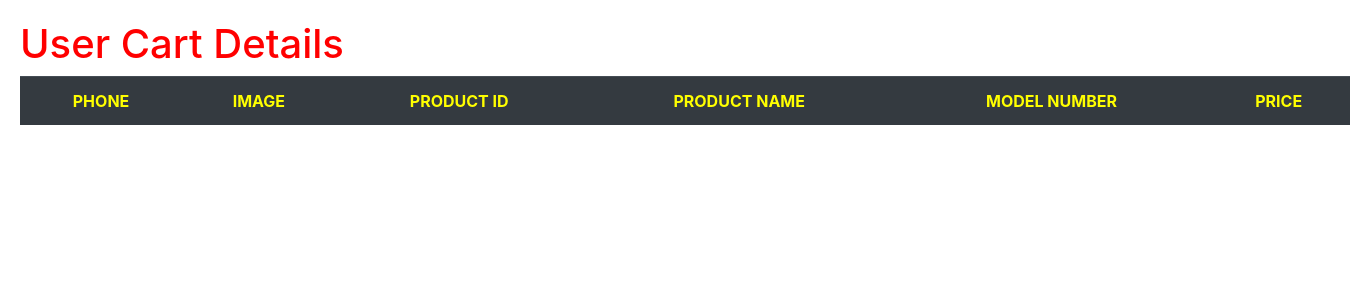
Repository: piyushj81/ComputerShop
Page: http://localhost/computershop/userCartdetailscontroller
An editor plug-in stored every save of this project. The page is shown before and after the next save, followed by the edit.
The browser window is 1280 px wide. The page is 1350 px wide, so the pictures cover 1350 px, including what lies to the right of the window. The pictures show the whole page.
The page is served by Tomcat 9. Other server files are loaded and not shown. Queries for data that is not in the repository find no rows.

Above is the page before, as saved 2021-10-15 10:01:47.

### computershop/WebContent/usercart.jsp
<%@page import="com.shop.dto.Cart"%>
<%@page import="com.shop.dto.Customer"%>
<%@page import="java.sql.ResultSet"%>
<%@page import="java.sql.PreparedStatement"%>
<%@page import="java.sql.Connection"%>
<%@page import="java.sql.DriverManager"%>
<%@page import="java.util.HashMap"%>
<%@page import="java.util.ArrayList"%>
<%@page import="com.shop.dto.Customer"%>
<%@ page language="java" contentType="text/html; charset=ISO-8859-1"
    pageEncoding="ISO-8859-1"%>
<!DOCTYPE html>
<html>
<head>
<meta charset="ISO-8859-1">
<title>user cart details</title>
<link rel="stylesheet" href="computershop.css">
<link rel="stylesheet"
	href="https://cdnjs.cloudflare.com/ajax/libs/font-awesome/4.7.0/css/font-awesome.min.css">
<link rel="stylesheet"
	href="https://cdn.jsdelivr.net/npm/bootstrap@4.5.3/dist/css/bootstrap.min.css"
	integrity="sha384-TX8t27EcRE3e/ihU7zmQxVncDAy5uIKz4rEkgIXeMed4M0jlfIDPvg6uqKI2xXr2"
	crossorigin="anonymous">
<script src="https://code.jquery.com/jquery-3.5.1.slim.min.js"
	integrity="sha384-DfXdz2htPH0lsSSs5nCTpuj/zy4C+OGpamoFVy38MVBnE+IbbVYUew+OrCXaRkfj"
	crossorigin="anonymous"></script>
<script
	src="https://cdn.jsdelivr.net/npm/bootstrap@4.5.3/dist/js/bootstrap.bundle.min.js"
	integrity="sha384-ho+j7jyWK8fNQe+A12Hb8AhRq26LrZ/JpcUGGOn+Y7RsweNrtN/tE3MoK7ZeZDyx"
	crossorigin="anonymous"></script>

</head>
<body>
<h1 style="color:red;">User Cart Details </h1>

<%

Class.forName("com.mysql.jdbc.Driver");
Customer cst = null;
Connection con = DriverManager.getConnection("jdbc:mysql://localhost:3306/shop", "root", "root");
try {
	PreparedStatement ps = con.prepareStatement("Select * from customerlogin where username= ? ");
	ps.setString(1, (String) session.getAttribute("user"));

	ResultSet rs = ps.executeQuery();
	if (rs.next()) {
		cst = new Customer(rs.getString("username"), rs.getString("phone"), rs.getString("password"));
	}
} catch (Exception e) {
	e.printStackTrace();
}

ArrayList<Cart> list2 = (ArrayList<Cart>) request.getAttribute("list2");
						if(!(list2 == null) || !(list2.isEmpty())) {


					%>

				<table style="width:175%;text-align:center; color:yellow;"    class="table table-hover table-dark tablesm"   >
					<tr>
						<th>PHONE</th>
						<th>IMAGE</th>
						<th>PRODUCT ID</th>
						<th>PRODUCT NAME</th>
						<th>MODEL NUMBER</th>
						<th>PRICE</th>

					</tr>
					<%
					for (Cart ct : list2) {
					%>

					<tr>

						<td><%=ct.getPhone() %></td>
						<td> <img alt="" src="<%=ct.getPic()%>"style ="max-height:50%; max-width:70%"> </td>
						<td><%=ct.getId() %></td>
						<td><%=ct.getPname() %></td>
						<td><%=ct.getModel()%></td>
						<td><%=ct.getPrice()%></td>

				</tr>


					<%
					}
					%>


				</table>

				<%
			}else {
				out.println("LIST NOT AVAILAIBLE");

				}
				%>
		</body>
</html>

### computershop/src/com/computershop/controller/userCartdetailscontroller.java
package com.computershop.controller;

import java.io.IOException;
import java.util.ArrayList;

import javax.servlet.RequestDispatcher;
import javax.servlet.ServletException;
import javax.servlet.annotation.WebServlet;
import javax.servlet.http.HttpServlet;
import javax.servlet.http.HttpServletRequest;
import javax.servlet.http.HttpServletResponse;

import com.shop.dto.Cart;
import com.shop.modeldao.CustomerModel;


@WebServlet("/userCartdetailscontroller")
public class userCartdetailscontroller extends HttpServlet {
	private static final long serialVersionUID = 1L;
	protected void doGet(HttpServletRequest request, HttpServletResponse response) throws ServletException, IOException {

		CustomerModel model = new CustomerModel();
		ArrayList<Cart> list2 = model.showcartitemtoadmin();
		request.setAttribute("list2", list2);
		RequestDispatcher rd = request.getRequestDispatcher("usercart.jsp");
		rd.forward(request, response);

		}


	protected void doPost(HttpServletRequest request, HttpServletResponse response) throws ServletException, IOException {



	}

}

### computershop/src/com/shop/modeldao/CustomerModel.java
package com.shop.modeldao;

import java.sql.Connection;
import java.sql.DriverManager;
import java.sql.PreparedStatement;
import java.sql.ResultSet;
import java.util.ArrayList;

import com.shop.dto.Admin;
import com.shop.dto.Cart;
import com.shop.dto.Customer;
import com.shop.dto.Form;
import com.shop.dto.Product;
import com.shop.dto.Shop;

public class CustomerModel {
	public static Connection createConnection() {
		Connection con = null;

		try {

			Class.forName("com.mysql.jdbc.Driver");
			con = DriverManager.getConnection("jdbc:mysql://localhost:3306/shop", "root", "root");

		} catch (Exception e) {
			e.printStackTrace();

		}

		return con;

	}

	public int checkCustomerlogin(String user, String password) {
		Connection con = null;
		int i = 0;
		try {
			con = createConnection();
			PreparedStatement ps = con.prepareStatement("select * from customerlogin where username=? and password=?");
			ps.setString(1, user);
			ps.setString(2, password);
			ResultSet rs = ps.executeQuery();
			if (rs.next()) {
				i = 1;
			}
		} catch (Exception e) {
			e.printStackTrace();
		}
		return i;

	}

	public int admitCustomer(Customer cst) {
		int i = 0;
		Connection con = null;
		try {
			con = createConnection();
			PreparedStatement ps = con.prepareStatement("insert into customerlogin values(?, ?, ?)");
			ps.setString(1, cst.getPhone());
			ps.setString(2, cst.getName());
			ps.setString(3, cst.getPassword());
			i = ps.executeUpdate();

		} catch (Exception e) {
			e.printStackTrace();

		}

		return i;
	}

	public int checkadminlogin(String adminusername, String pwd) {
		int i = 0;
		Connection con = null;

		try {
			con = createConnection();
			PreparedStatement ps = con
					.prepareStatement("select * from adminlogin where adminusername=? and password=?");
			ps.setString(1, adminusername);
			ps.setString(2, pwd);
			ResultSet rs = ps.executeQuery();
			if (rs.next()) {
				i = 1;
			}
		} catch (Exception e) {
			e.printStackTrace();
		}

		return i;
	}

	public ArrayList<Product> getmouseDetails() {
		ArrayList<Product> list = new ArrayList<Product>();
		try {
			Connection con = createConnection();
			PreparedStatement ps = con.prepareStatement("select * from mouse");
			ResultSet rs = ps.executeQuery();
			while (rs.next()) {
				Product pt = new Product(rs.getString("id"), rs.getString("pname"), rs.getInt("model"),
						rs.getString("price"), rs.getString("pic"));
				list.add(pt);

			}

		} catch (Exception e) {
			e.printStackTrace();
		}

		return list;
	}

	public Product selectdatafrommouseincart(String id, String phone) {
		Product pt = null;
		Connection con = null;

		try {
			con = createConnection();

			PreparedStatement ps = con.prepareStatement("select * from mouse where id=?");
			ps.setString(1, id);

			ResultSet rs = ps.executeQuery();
			if (rs.next()) {
				pt = new Product(rs.getString("id"), rs.getString("pname"), rs.getInt("model"), rs.getString("price"),
						rs.getString("pic"));

			}
		} catch (Exception e) {
			e.printStackTrace();

		}
		return pt;
	}

	public int insertproductdata(Product pt, String id, String phone) {

		int i = 0;
		Connection con = null;
		try {
			con = createConnection();
			PreparedStatement ps = con.prepareStatement("insert into cart values(?,?,?,?,?,?)");
			ps.setString(1, phone);
			ps.setString(2, id);
			ps.setString(3, pt.getPname());
			ps.setInt(4, pt.getModel());
			ps.setString(5, pt.getPrice());
			ps.setString(6, pt.getPic());
			i = ps.executeUpdate();

		} catch (Exception e) {
			e.printStackTrace();

		}

		return i;
	}

	public ArrayList<Product> getusercartdetail(String phone) {
		Product pt = null;
		ArrayList<Product> list1 = new ArrayList<Product>();
		Connection con = null;
		try {
			con = createConnection();
			PreparedStatement ps = con.prepareStatement("select * from cart where phone=?");
			ps.setString(1, phone);
			ResultSet rs = ps.executeQuery();
			while (rs.next()) {

				pt = new Product(rs.getString("id"), rs.getString("pname"), rs.getInt("model"), rs.getString("price"),
						rs.getString("pic"));

				list1.add(pt);
			}

		} catch (Exception e) {
			e.printStackTrace();

		}
		return list1;
	}

	public int deleteitem(String id) {
		Connection con = null;
		int i = 0;
		try {
			con = createConnection();
			PreparedStatement ps = con.prepareStatement("delete  from cart where id=?");
			ps.setString(1, id);
			i = ps.executeUpdate();

		} catch (Exception e) {
			e.printStackTrace();
		}
		return i;
	}

	public ArrayList<Product> getusercartdetails(String phone) {
		Product pt = null;
		ArrayList<Product> list1 = new ArrayList<Product>();
		Connection con = null;
		try {
			con = createConnection();
			PreparedStatement ps = con.prepareStatement("select * from cart where phone=?");
			ps.setString(1, phone);
			ResultSet rs = ps.executeQuery();
			while (rs.next()) {

				pt = new Product(rs.getString("id"), rs.getString("pname"), rs.getInt("model"), rs.getString("price"),
						rs.getString("pic"));

				list1.add(pt);
			}

		} catch (Exception e) {
			e.printStackTrace();

		}
		return list1;
	}

	public ArrayList<Product> getmotherboardDetails() {
		ArrayList<Product> list = new ArrayList<Product>();
		try {
			Connection con = createConnection();
			PreparedStatement ps = con.prepareStatement("select * from motherboard");
			ResultSet rs = ps.executeQuery();
			while (rs.next()) {
				Product pt = new Product(rs.getString("id"), rs.getString("pname"), rs.getInt("model"),
						rs.getString("price"), rs.getString("pic"));
				list.add(pt);

			}

		} catch (Exception e) {
			e.printStackTrace();
		}

		return list;
	}

	public Product selectdatafrommotherboardincart(String id, String phone) {
		Product pt = null;
		Connection con = null;

		try {
			con = createConnection();

			PreparedStatement ps = con.prepareStatement("select * from motherboard where id=?");
			ps.setString(1, id);

			ResultSet rs = ps.executeQuery();
			if (rs.next()) {
				pt = new Product(rs.getString("id"), rs.getString("pname"), rs.getInt("model"), rs.getString("price"),
						rs.getString("pic"));

			}
		} catch (Exception e) {
			e.printStackTrace();

		}
		return pt;
	}

	public ArrayList<Product> getcpuDetails() {
		ArrayList<Product> list = new ArrayList<Product>();
		try {
			Connection con = createConnection();
			PreparedStatement ps = con.prepareStatement("select * from cpu");
			ResultSet rs = ps.executeQuery();
			while (rs.next()) {
				Product pt = new Product(rs.getString("id"), rs.getString("pname"), rs.getInt("model"),
						rs.getString("price"), rs.getString("pic"));
				list.add(pt);

			}

		} catch (Exception e) {
			e.printStackTrace();
		}

		return list;
	}

	public Product selectdatafromcpuincart(String id, String phone) {
		Product pt = null;
		Connection con = null;

		try {
			con = createConnection();

			PreparedStatement ps = con.prepareStatement("select * from cpu where id=?");
			ps.setString(1, id);

			ResultSet rs = ps.executeQuery();
			if (rs.next()) {
				pt = new Product(rs.getString("id"), rs.getString("pname"), rs.getInt("model"), rs.getString("price"),
						rs.getString("pic"));

			}
		} catch (Exception e) {
			e.printStackTrace();

		}
		return pt;
	}

	public ArrayList<Product> getmonitorDetails() {
		ArrayList<Product> list = new ArrayList<Product>();
		try {
			Connection con = createConnection();
			PreparedStatement ps = con.prepareStatement("select * from monitor");
			ResultSet rs = ps.executeQuery();
			while (rs.next()) {
				Product pt = new Product(rs.getString("id"), rs.getString("pname"), rs.getInt("model"),
						rs.getString("price"), rs.getString("pic"));
				list.add(pt);

			}

		} catch (Exception e) {
			e.printStackTrace();
		}

		return list;
	}

	public Product selectdatafrommonitorincart(String id, String phone) {
		Product pt = null;
		Connection con = null;

		try {
			con = createConnection();

			PreparedStatement ps = con.prepareStatement("select * from monitor where id=?");
			ps.setString(1, id);

			ResultSet rs = ps.executeQuery();
			if (rs.next()) {
				pt = new Product(rs.getString("id"), rs.getString("pname"), rs.getInt("model"), rs.getString("price"),
						rs.getString("pic"));

			}
		} catch (Exception e) {
			e.printStackTrace();

		}
		return pt;


	}

	public ArrayList<Product> getfanDetails() {
		ArrayList<Product> list = new ArrayList<Product>();
		try {
			Connection con = createConnection();
			PreparedStatement ps = con.prepareStatement("select * from fan");
			ResultSet rs = ps.executeQuery();
			while (rs.next()) {
				Product pt = new Product(rs.getString("id"), rs.getString("pname"), rs.getInt("model"),
						rs.getString("price"), rs.getString("pic"));
				list.add(pt);

			}

		} catch (Exception e) {
			e.printStackTrace();
		}

		return list;
	}

	public Product selectdatafromfanincart(String id, String phone) {
		Product pt = null;
		Connection con = null;

		try {
			con = createConnection();

			PreparedStatement ps = con.prepareStatement("select * from fan where id=?");
			ps.setString(1, id);

			ResultSet rs = ps.executeQuery();
			if (rs.next()) {
				pt = new Product(rs.getString("id"), rs.getString("pname"), rs.getInt("model"), rs.getString("price"),
						rs.getString("pic"));

			}
		} catch (Exception e) {
			e.printStackTrace();

		}
		return pt;




	}

	public ArrayList<Product> getramDetails() {
		ArrayList<Product> list = new ArrayList<Product>();
		try {
			Connection con = createConnection();
			PreparedStatement ps = con.prepareStatement("select * from ram");
			ResultSet rs = ps.executeQuery();
			while (rs.next()) {
				Product pt = new Product(rs.getString("id"), rs.getString("pname"), rs.getInt("model"),
						rs.getString("price"), rs.getString("pic"));
				list.add(pt);

			}

		} catch (Exception e) {
			e.printStackTrace();
		}

		return list;
	}

	public Product selectdatafromramincart(String id, String phone) {
		Product pt = null;
		Connection con = null;

		try {
			con = createConnection();

			PreparedStatement ps = con.prepareStatement("select * from ram where id=?");
			ps.setString(1, id);

			ResultSet rs = ps.executeQuery();
			if (rs.next()) {
				pt = new Product(rs.getString("id"), rs.getString("pname"), rs.getInt("model"), rs.getString("price"),
						rs.getString("pic"));

			}
		} catch (Exception e) {
			e.printStackTrace();

		}
		return pt;





			}

	public ArrayList<Product> getkeyboardDetails() {
		ArrayList<Product> list = new ArrayList<Product>();
		try {
			Connection con = createConnection();
			PreparedStatement ps = con.prepareStatement("select * from keyboard");
			ResultSet rs = ps.executeQuery();
			while (rs.next()) {
				Product pt = new Product(rs.getString("id"), rs.getString("pname"), rs.getInt("model"),
						rs.getString("price"), rs.getString("pic"));
				list.add(pt);

			}

		} catch (Exception e) {
			e.printStackTrace();
		}

		return list;
	}

	public Product selectdatafromkeyboardincart(String id, String phone) {
		Product pt = null;
		Connection con = null;

		try {
			con = createConnection();

			PreparedStatement ps = con.prepareStatement("select * from keyboard where id=?");
			ps.setString(1, id);

			ResultSet rs = ps.executeQuery();
			if (rs.next()) {
				pt = new Product(rs.getString("id"), rs.getString("pname"), rs.getInt("model"), rs.getString("price"),
						rs.getString("pic"));

			}
		} catch (Exception e) {
			e.printStackTrace();

		}
		return pt;

	}

	public ArrayList<Cart> showcartitemtoadmin() {

	 ArrayList<Cart> list2 = new ArrayList<Cart>();
	 try {
	  Connection con = createConnection();

	 PreparedStatement ps = con.prepareStatement("select * from cart");

	 ResultSet rs = ps.executeQuery();
		while (rs.next()) {
			Cart ct = new Cart(rs.getString("phone"),rs.getString("id"), rs.getString("pname"),rs.getInt("model"), rs.getString("price"),rs.getString("pic"));
			list2.add(ct);
		}
	 }catch(Exception e){
			e.printStackTrace();

		}


	return list2;

	}

	public int insertshoppingDetails(String id, String cname,Shop s) {
		int i=0;
		Connection con = null;
		try {
			con = createConnection();
			PreparedStatement ps =	con.prepareStatement("insert into shopping values(?,?,?,?,?,?,?,?,?,?,?)");
			ps.setString(1, id);
			ps.setString(2, s.getPhone());
			ps.setString(3, cname);
			ps.setString(4, s.getPic());
			ps.setString(5, s.getPname());
			ps.setInt(6, s.getModel());

			ps.setString(7, s.getPrice());
			ps.setString(8, null);
			ps.setString(9, null);
			ps.setString(10,null);

			ps.setString(11,null);

			i = ps.executeUpdate();

		} catch (Exception e) {
			e.printStackTrace();

	}
		return i;
	}

	public Shop selectshoppingDetailsfromcarttable(String id,String cname) {
		 Shop s = null;
		 Connection con = null;

		try {
			   con = createConnection();

			 PreparedStatement ps = con.prepareStatement("select * from cart where id=?");
			ps.setString(1, id);
			 ResultSet rs = ps.executeQuery();
				while (rs.next()) {
					s  = new Shop(rs.getString("id"),rs.getString("phone"), rs.getString("pname"),rs.getInt("model"), rs.getString("price"),rs.getString("pic"));

				}



			 }catch(Exception e){
					e.printStackTrace();

				}

			return s;
				}

	public int updatedetailsinshopping(Form f) {

		int i = 0;
		Connection con = null;
		try {
			con = createConnection();
			PreparedStatement ps = con.prepareStatement("update shopping set address=?, city=?,pincode=? ,state=?  where phone=?");
			ps.setString(1, f.getAddress());

			ps.setString(2, f.getCity());
			ps.setString(3, f.getPincode());
			ps.setString(4, f.getState());
			ps.setString(5, f.getPhone());
			i = ps.executeUpdate();





		} catch (Exception e) {
			e.printStackTrace();

		}
		return i;
	}

	public ArrayList<Admin> getshoppingDetails() {

		ArrayList<Admin> list = new ArrayList<Admin>();
		Connection con = null;

		try {
			con = createConnection();
			PreparedStatement ps = con.prepareStatement("select * from shopping");

			ResultSet rs = ps.executeQuery();

			while(rs.next())	{
				Admin a = new Admin(rs.getString("id"),rs.getString("phone"),rs.getString("cname"),rs.getString("pic"),rs.getString("pname"),rs.getInt("model"),rs.getString("price"),rs.getString("address"),rs.getString("city"),rs.getString("pincode"),rs.getString("state"));
				list.add(a);

			}
		}catch (Exception e) {

			e.printStackTrace();

		}


		return list;
}

}

### computershop/WebContent/computershop.css
.left{
    margin: -21px auto;
    margin-left: -20px;
    padding: 9px;
    background-color: black;
    width: 178%;
}
.left a{
    text-decoration: none;
    color: white;
}
.left a:hover{
    background-color: red;
    text-decoration: none;
    color: white;
}
.left button{
    width: 9%;
}
.left button:hover{
    background-color: yellow;


}
.leftright{
    float: right;
}
.mid{
    text-decoration: none;
    height: 99px;
    background-color:black;
    display: block;
    width: 178%;
    margin: 22px auto;
    margin-left: -20px;
    top:20px;
    padding: 20px;
}
.right{
    position: absolute;

    right: 60px;
    top: 42%;
    display: inline-block;
    padding: 23px;
    width: 85%;
    height: 50%;
}
.navbar{
display: inline-block;
}
.navbar li{
    display: inline-block;
    font-size: 17px;

}
.navbar li a{
color:white;
text-decoration: none;
padding: 27px;
}
.navbar li a:hover{
    background-color:red;
    text-decoration: none;
    width:70px;
    }

.peripheral{
    color:red;

    width: 167%;

}
.image {
    height: 120%;
     width: 100%;


    }
.image a:hover{
    text-decoration: none;
    background-color: yellow;
    width:150%;
    color: tomato;
}

#myho:hover{
    height: 150px;
    width: 150px;

}

.footer{
    position: absolute;
background-color:  black;
margin-left: -20px;
bottom: -230px;
  width: 100%;
  height: 40%;
  padding: 10px;
}

.footerleft li{
    list-style-type: none;
}
.footerright li{
    list-style-type: none;
}

.footerleft li a{
    text-decoration: none;
    color: white;

}
.footerleft li a:hover{
background-color: red;
text-decoration: none;

}
.footerright li a{
    text-decoration: none;
    color: white;

}
.footerright li a:hover{
    background-color: red;
text-decoration: none;

}
.fa {
    padding: 10px;
    font-size: 70px;
    width: 72px;
    text-align: center;
    text-decoration: none;
    border-radius: 70%;
    background-color: #ffffff ;
}
.fa:hover{
    text-decoration: none;
    background-color: skyblue;

}


  body {
    font-family: Arial;
    margin: 0 auto; /* Center website */
    max-width: 800px; /* Max width */
    padding: 20px;
  }

  .heading {
    font-size: 25px;
    margin-right: 25px;
  }

  .fa {
    font-size: 100px;
  }

  .checked:hover {
      background-color: white;
    color: orange;
  }

   .pics{


    padding: 40px;
    width: 127%;
    margin-left: 300px;

  }
  .pics a{
    -webkit-font-smoothing: auto;
    text-decoration: none;
    color: black;

}
.pics a:hover{
    background-color: red;
    text-decoration: none;
    }
    .centrediv{

        margin-top: -2700px;
    }
    @import url('https://fonts.googleapis.com/css?family=Raleway:100,200,300,400,500,600,700,800,900&display=swap');
html,body {
    font-family: 'Raleway', sans-serif;
}
.thankyou-page ._header {
    background: #fee028;
    padding: 100px 30px;
    text-align: center;
    background: #fee028 url(https://codexcourier.com/images/main_page.jpg) center/cover no-repeat;
}
.thankyou-page ._header .logo {
    max-width: 200px;
    margin: 0 auto 50px;
}
.thankyou-page ._header .logo img {
    width: 100%;
}
.thankyou-page ._header h1 {
    font-size: 65px;
    font-weight: 800;
    color: white;
    margin: 0;
}
.thankyou-page ._body {
    margin: -70px 0 30px;
}
.thankyou-page ._body ._box {
    margin: auto;
    max-width: 80%;
    padding: 50px;
    background: white;
    border-radius: 3px;
    box-shadow: 0 0 35px rgba(10, 10, 10,0.12);
    -moz-box-shadow: 0 0 35px rgba(10, 10, 10,0.12);
    -webkit-box-shadow: 0 0 35px rgba(10, 10, 10,0.12);
}
.thankyou-page ._body ._box h2 {
    font-size: 32px;
    font-weight: 600;
    color: #4ab74a;
}
.thankyou-page ._footer {
    text-align: center;
    padding: 50px 30px;
}

.thankyou-page ._footer .btn {
    background: #4ab74a;
    color: white;
    border: 0;
    font-size: 14px;
    font-weight: 600;
    border-radius: 0;
    letter-spacing: 0.8px;
    padding: 20px 33px;
    text-transform: uppercase;
}

After the next save:
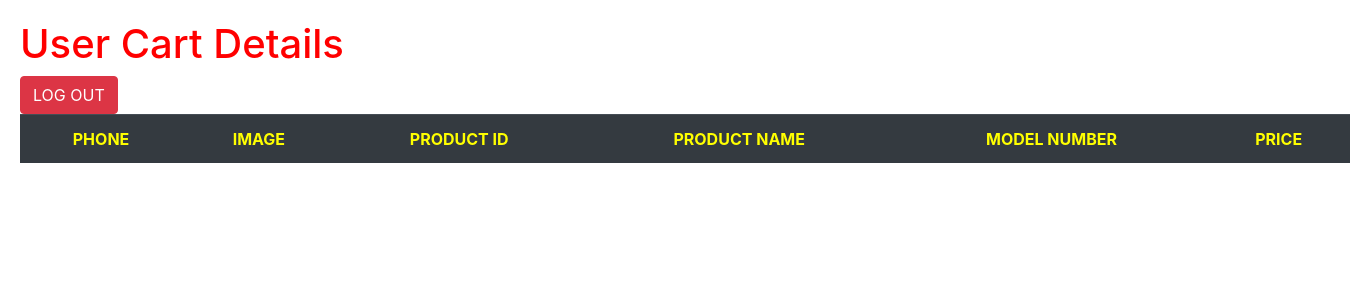
Saved 2 min 21 s later.
--- a/computershop/WebContent/usercart.jsp
+++ b/computershop/WebContent/usercart.jsp
@@ -32,7 +32,7 @@
 </head>
 <body>
 <h1 style="color:red;">User Cart Details </h1>
-
+<a href="LogoutController" ><button class="btn btn-danger" type="button" float:left;> LOG OUT</button></a>
 <%
 
 Class.forName("com.mysql.jdbc.Driver");
